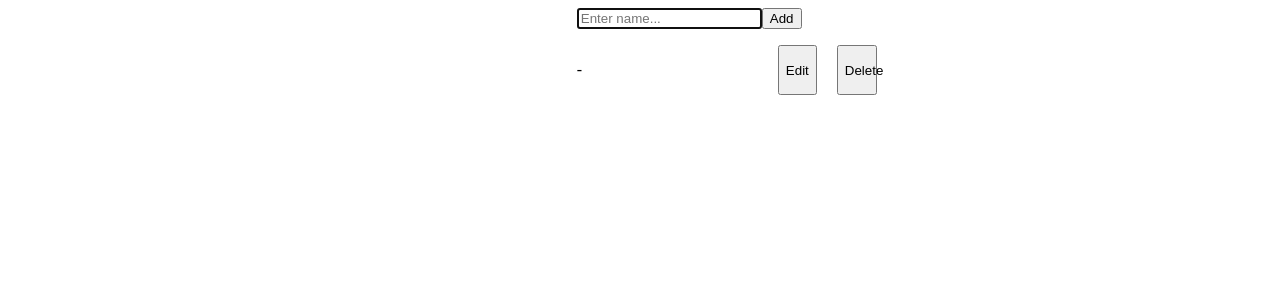
Repository: dohuuxuyen/redux-todolist
Page: /, after clicking the first element matching `button`
An editor plug-in stored every save of this project. The page is shown before and after the next save, followed by the edit.
The browser window is 1280 px wide. The pictures show the whole page.
The project was rebuilt for these pictures with package versions that can differ from the ones it lists, and the page was loaded fresh each time. Also part of the build but not shown: src/App.css.

Above is the page before, as saved 2022-04-30 14:00:44.

### src/index.js
import React from "react";
import ReactDOM from "react-dom/client";
import { Provider } from "react-redux";
import App from "./App";
import store from "./redux/store";

const root = ReactDOM.createRoot(document.getElementById("root"));
root.render(
  <Provider store={store}>
    <App />
  </Provider>
);

### src/App.js
import "./App.css";
import Todos from "./components/Todos/Todos";

function App() {
  return (
    <div className="App">
      <Todos />
    </div>
  );
}

export default App;

### src/components/Todos/Todos.jsx
import React, { useRef } from "react";
import { useDispatch, useSelector } from "react-redux";
import { addTodos, deleteTodos, setTodoInput } from "../../redux/actions";
import { todoInputSelector, todosSelector } from "../../redux/selector";

const Todos = () => {
  const refTodoInput = useRef();
  const todoInput = useSelector(todoInputSelector);
  const todos = useSelector(todosSelector);
  const dispatch = useDispatch();
  console.log(todos);

  const handleTodoInputChange = (e) => {
    dispatch(setTodoInput(e.target.value));
  };

  const handleAdd = () => {
    dispatch(addTodos(todoInput));
    dispatch(setTodoInput(""));
    refTodoInput.current.focus();
  };
  console.log(todoInput);

  const handleDelete = (index) => {
    dispatch(deleteTodos(index));
  };
  return (
    <div style={{ width: "300px", marginLeft: "45%" }}>
      <input
        ref={refTodoInput}
        value={todoInput}
        type="text"
        placeholder="Enter name..."
        onChange={handleTodoInputChange}
      />
      <button onClick={handleAdd}>Add</button>
      <ul style={{ width: "100%", paddingLeft: 0 }}>
        {todos.map((todo, index) => (
          <li style={{ display: "flex" }} key={index}>
            <p style={{ flex: "1" }}>- {todo}</p>
            <button style={{}} onClick={() => handleDelete(index)}>
              Edit
            </button>
            <button
              style={{ marginLeft: "20px", width: "40px" }}
              onClick={() => handleDelete(index)}
            >
              Delete
            </button>
          </li>
        ))}
      </ul>
    </div>
  );
};

export default Todos;

### src/redux/reducer.js
import { combineReducers } from "redux";
import todosReducer from "../components/Todos/todosReducer";

const rootReducer = combineReducers({
  todos: todosReducer,
});

export default rootReducer;

### src/redux/actions.js
export const searchFilter = (payload) => {
  return {
    type: "Filter/SEARCH_FILTER",
    payload: payload,
  };
};

export const setTodoInput = (payload) => {
  return {
    type: "Todos/SET_TODO_INPUT",
    payload: payload,
  };
};

export const addTodos = (payload) => {
  return {
    type: "Todos/ADD_TODOS",
    payload: payload,
  };
};

export const deleteTodos = (payload) => {
  return {
    type: "Todos/DELETE_TODOS",
    payload: payload,
  };
};

export const clearTodos = (payload) => {
  return {
    type: "Todos/CLEAR_TODOS",
    payload: payload,
  };
};

export const updateTodos = (payload) => {
  return {
    type: "Todos/UPDATE_TODOS",
    payload: payload,
  };
};

### src/redux/selector.js
export const todoInputSelector = (state) => state.todos.todoInput;
export const todosSelector = (state) => state.todos.todos;

### src/components/Todos/todosReducer.js
const initialState = {
  todoInput: "",
  todos: [],
};

const todosReducer = (state = initialState, action) => {
  switch (action.type) {
    case "Todos/SET_TODO_INPUT":
      return {
        ...state,
        todoInput: action.payload,
      };
    case "Todos/ADD_TODOS":
      return {
        ...state,
        todos: [...state.todos, action.payload],
      };
    case "Todos/DELETE_TODOS":
      return {
        ...state,
        todos: [
          ...state.todos.filter((todo, index) => index !== action.payload),
        ],
      };
    default:
      return state;
  }
};

export default todosReducer;

Loaded but not shown: public/index.html (common file); src/redux/store.js (common file)

After the next save:
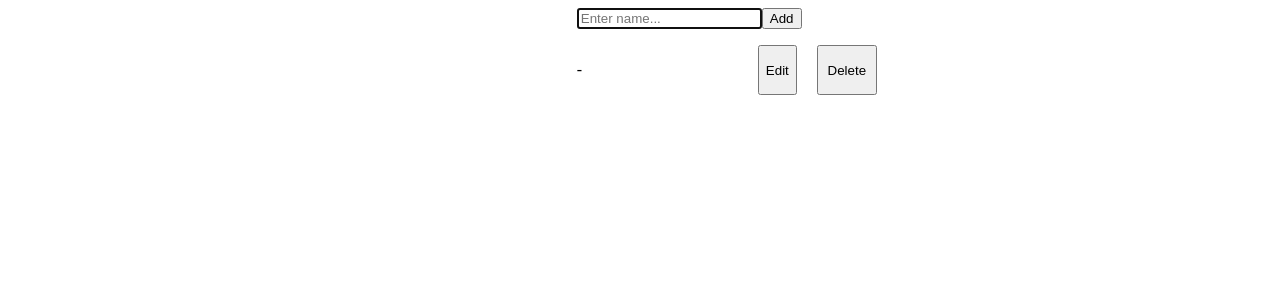
Saved 4 s later.
--- a/src/components/Todos/Todos.jsx
+++ b/src/components/Todos/Todos.jsx
@@ -42,7 +42,7 @@ const Todos = () => {
               Edit
             </button>
             <button
-              style={{ marginLeft: "20px", width: "40px" }}
+              style={{ marginLeft: "20px", width: "60px" }}
               onClick={() => handleDelete(index)}
             >
               Delete
